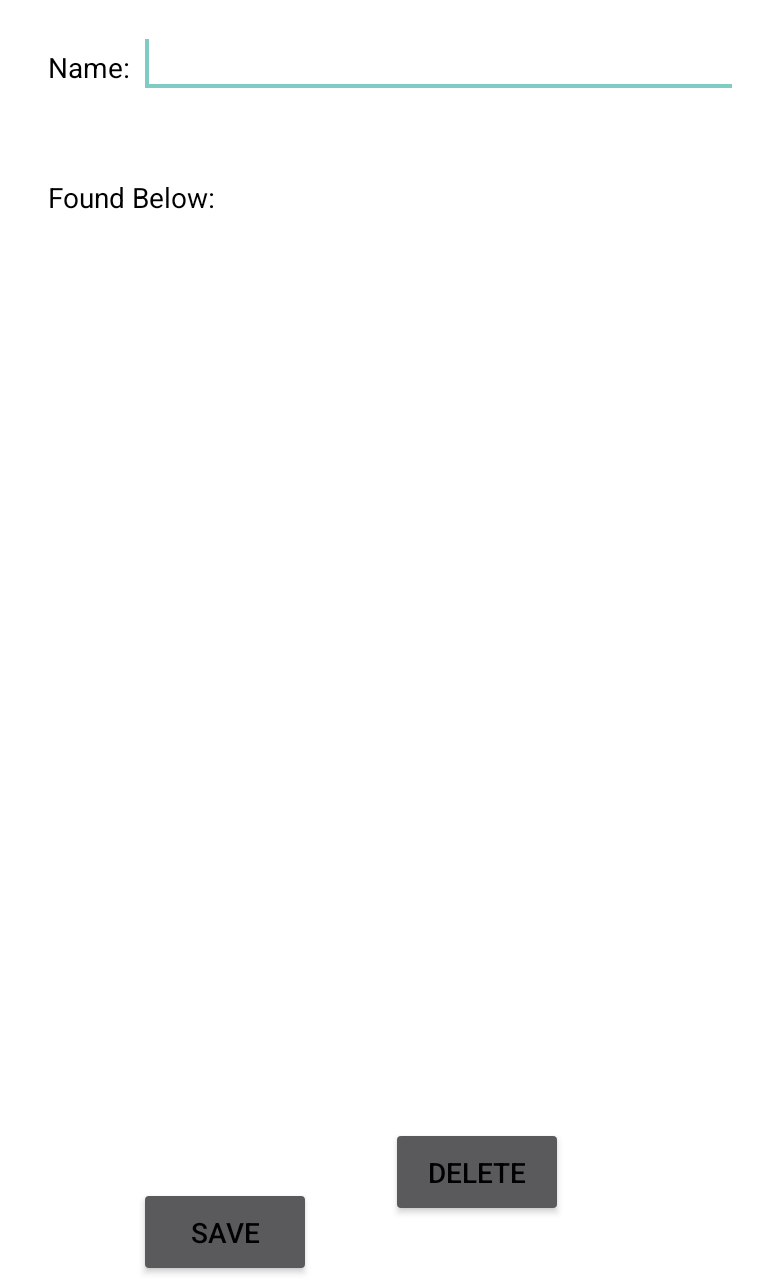
Repository: qfornaguera/AppQuelogy
Layout: AppQueology/res/layout/activity_artifact.xml
These files come from the project's save history. The layout is drawn as it stood at one moment and after the next save; the edit follows.
It is drawn on a 768 x 1280 px phone screen (xhdpi) without system bars, with theme Theme.AppCompat; the app's code is not run.

Above is the layout before, as saved 2014-04-18 18:48:59.

After the next save:
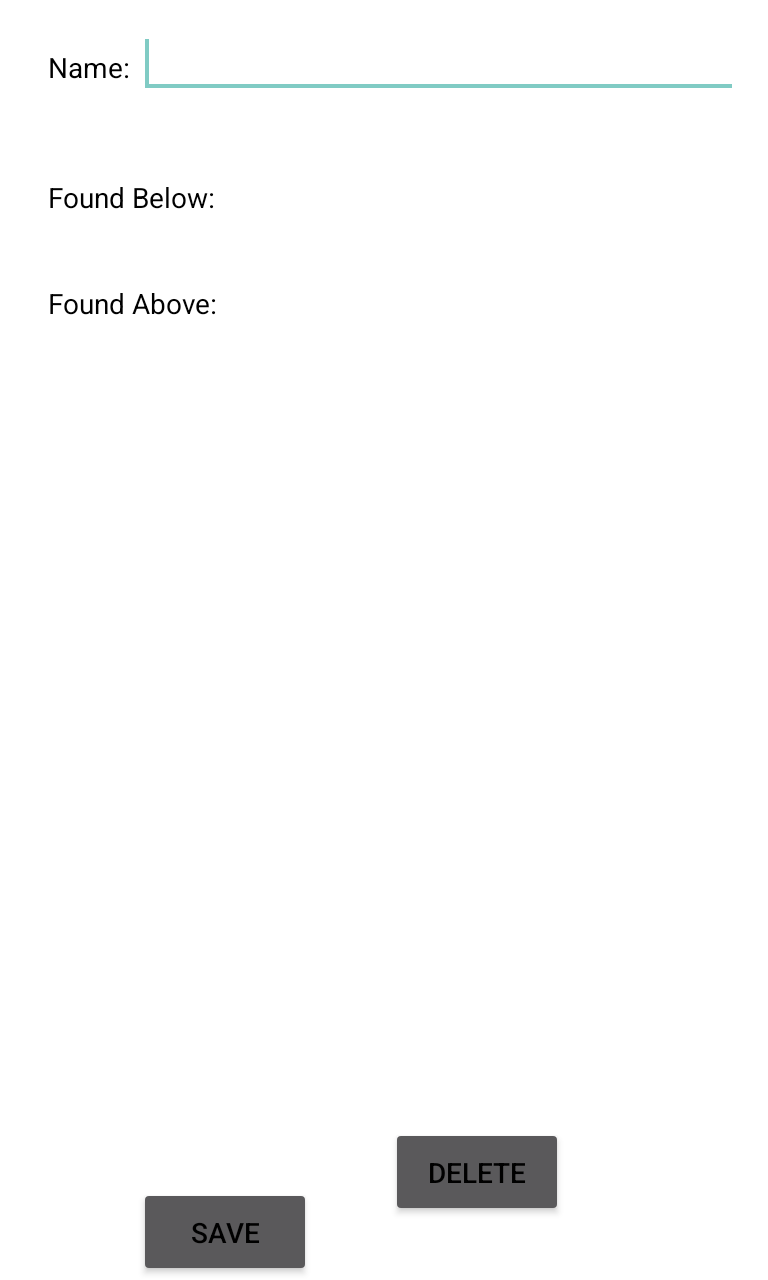
Saved 6 s later.
--- a/AppQueology/res/layout/activity_artifact.xml
+++ b/AppQueology/res/layout/activity_artifact.xml
@@ -84,6 +84,7 @@
         android:layout_below="@+id/textView2"
         android:layout_marginTop="34dp"
         android:text="Found Above: "
+        android:textColor="#000000"
         android:textAppearance="?android:attr/textAppearanceSmall" />
 
 </RelativeLayout>
